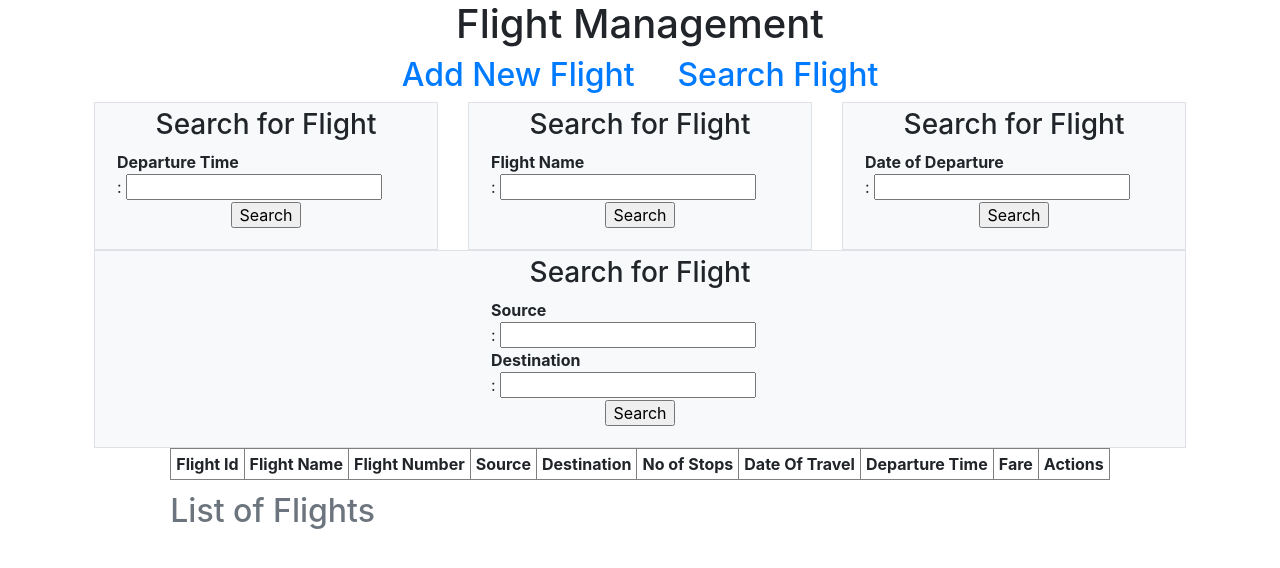
Repository: pawankas/Java_Mini_Project
Page: http://localhost/AirlineReservation/list
These files come from the project's save history. The page is drawn as it stood at one moment and after the next save; the edit follows.
The browser window is 1280 px wide. The pictures show the whole page.
The page is served by Tomcat 9. Queries for data that is not in the repository find no rows.

Above is the page before, as saved 2022-03-18 08:36:41.

After the next save:
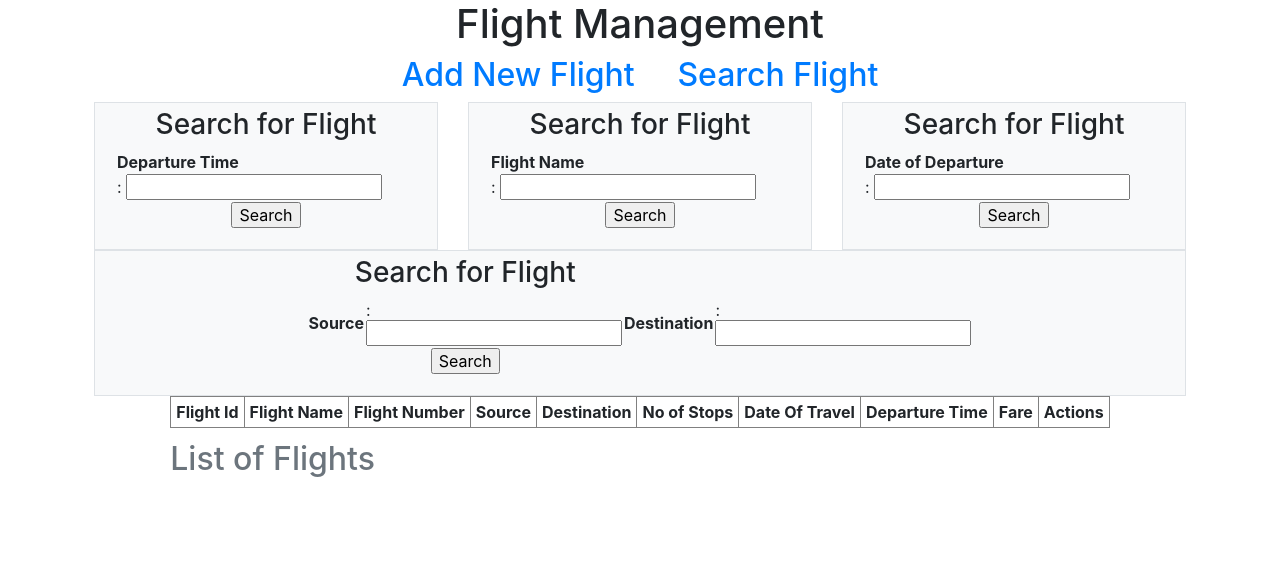
Saved 22 s later.
--- a/AirlineReservation/WebContent/FlightList.jsp
+++ b/AirlineReservation/WebContent/FlightList.jsp
@@ -160,19 +160,19 @@
 								</td>
 							</tr>
 							<tr>
-							<tr>
+
 								<td><b>Source</b></td>
-							</tr>
+
 							<td>: <input type="text" name="source" id="source">
 							</td>
-							</tr>
-							<tr>
+
+
 								<td><b>Destination</b></td>
-							</tr>
-							</tr>
+
+
 							<td>: <input type="text" name="destination" id="destination">
 							</td>
-							</tr>
+
 							<tr>
 								<td colspan=2 align="center"><input type="submit"
 									value="Search"></td>

After the 5 saves that followed:
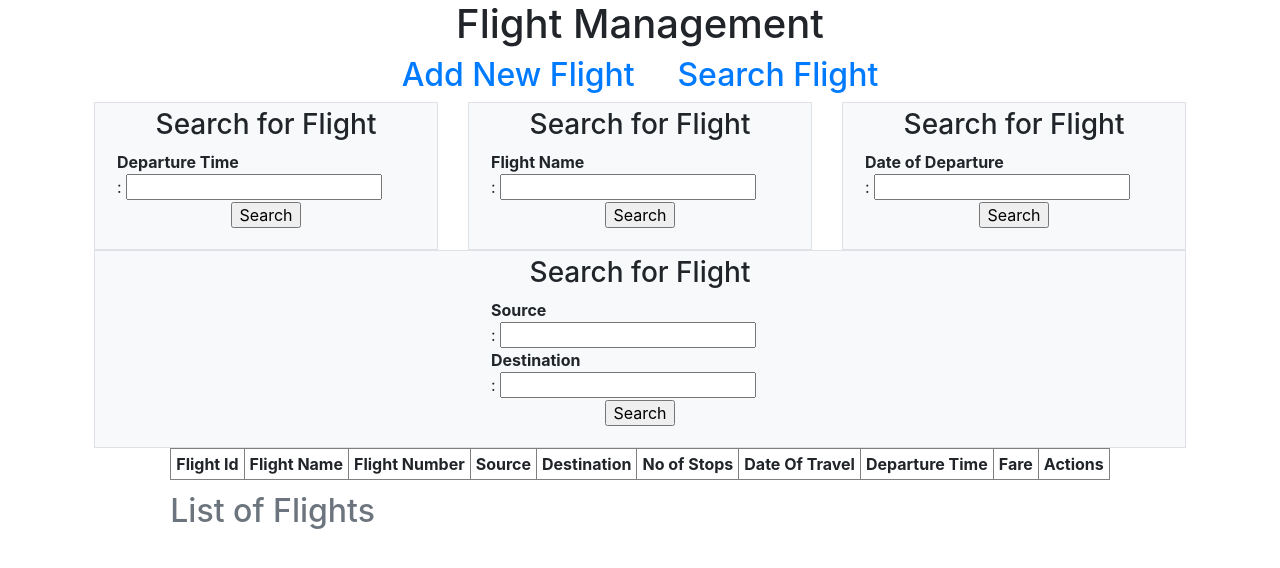
The 5 saves are shown as one change because 4 left the picture as it was.
The last was saved 2 min 11 s later.
--- a/AirlineReservation/WebContent/FlightList.jsp
+++ b/AirlineReservation/WebContent/FlightList.jsp
@@ -40,7 +40,7 @@
 								<td><b>Departure Time</b></td>
 							</tr>
 							<tr>
-								<td>: <input type="text" name="time" id="time">
+							<td>: <input type="text" name="time" id="time">
 								</td>
 							</tr>
 							<tr>
@@ -61,21 +61,21 @@
 								</td>
 							</tr>
 							<tr>
-							<tr>
+								<tr>
 								<td><b>Flight Name</b></td>
 							</tr>
-							<td>: <input type="text" name="flightName" id="flightName">
-							</td>
-							</tr>
-							<tr>
-								<td colspan=2 align="center"><input type="submit"
-									value="Search"></td>
-							</tr>
-						</table>
-					</form>
-				</div>
-			</div>
-			<!-- 		<div class="col">
+								<td>: <input type="text" name="flightName" id="flightName">
+								</td>
+							</tr>
+							<tr>
+								<td colspan=2 align="center"><input type="submit"
+									value="Search"></td>
+							</tr>
+						</table>
+					</form>
+				</div>
+			</div>
+	<!-- 		<div class="col">
 				<div class="p-1 border bg-light">
 					<form method="post" action="SearchBySource">
 						<table border="0" width="300" align="center">
@@ -100,7 +100,7 @@
 				</div>
 			</div> -->
 
-			<!-- 			<div class="col">
+<!-- 			<div class="col">
 				<div class="p-1 border bg-light">
 					<form method="post" action="SearchByDestination">
 						<table border="0" width="300" align="center">
@@ -135,11 +135,11 @@
 								</td>
 							</tr>
 							<tr>
-							<tr>
+								<tr>
 								<td><b>Date of Departure</b></td>
 							</tr>
-							<td>: <input type="text" name="date" id="date">
-							</td>
+								<td>: <input type="text" name="date" id="date">
+								</td>
 							</tr>
 							<tr>
 								<td colspan=2 align="center"><input type="submit"
@@ -160,19 +160,19 @@
 								</td>
 							</tr>
 							<tr>
-
+								<tr>
 								<td><b>Source</b></td>
-
-							<td>: <input type="text" name="source" id="source">
-							</td>
-
-
+							</tr>
+								<td>: <input type="text" name="source" id="source">
+								</td>
+							</tr>
+							<tr>
 								<td><b>Destination</b></td>
-
-
-							<td>: <input type="text" name="destination" id="destination">
-							</td>
-
+							</tr>
+							</tr>
+								<td>: <input type="text" name="destination" id="destination">
+								</td>
+							</tr>
 							<tr>
 								<td colspan=2 align="center"><input type="submit"
 									value="Search"></td>
